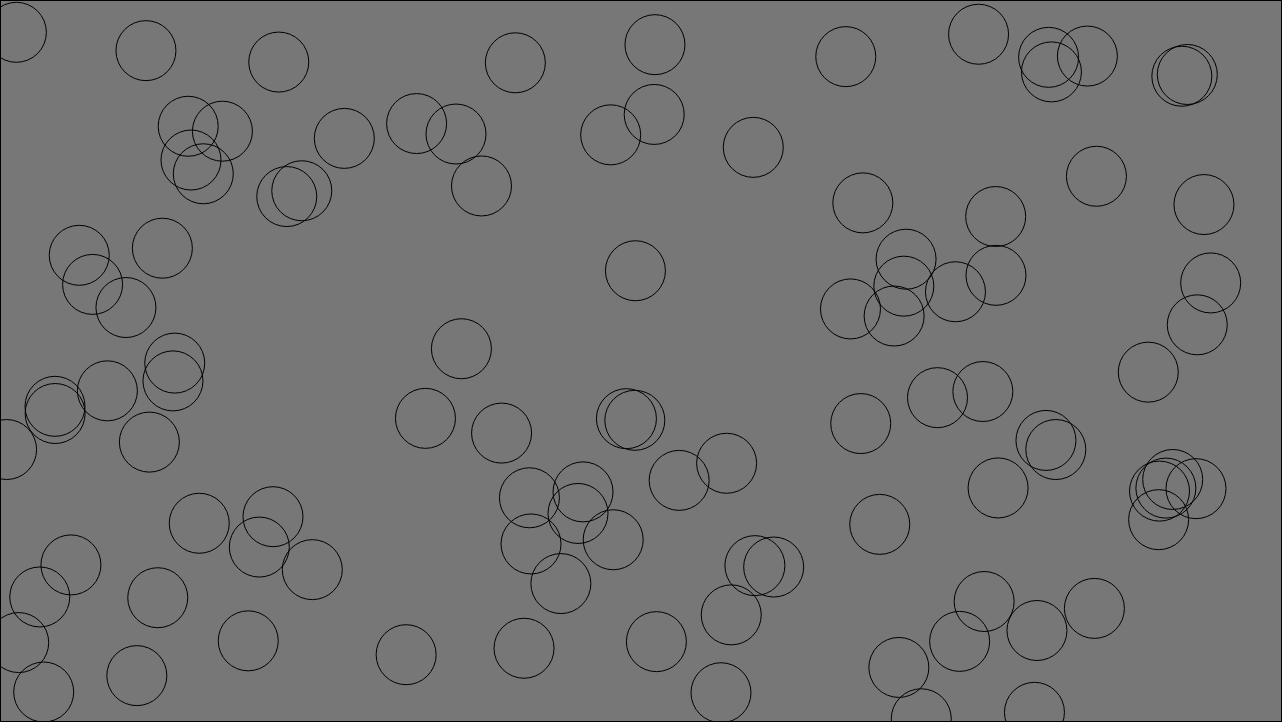
Repository: tenlekdan/particle-effect
Page: inidex.html
An editor plug-in stored every save of this project. The page is shown before and after the next save, followed by the edit.
The browser window is 1280 px wide. The page is 1282 px wide, so the pictures cover 1282 px, including what lies to the right of the window. The pictures show the whole page.

Above is the page before, as saved 2019-12-26 17:21:25.

### inidex.html
<!DOCTYPE html>
<html lang="en">

<head>
    <meta charset="UTF-8">
    <meta name="viewport" content="width=device-width, initial-scale=1.0">
    <meta http-equiv="X-UA-Compatible" content="ie=edge">
    <title>Document</title>
    <style type="text/css">
        *{
            margin: 0;
            padding: 0;
            box-sizing: inherit;
        }
        html{
            font-size: 60.2%;
        }

        body{
            font-size: 1rem;
            font-family: 'Courier New', Courier, monospace;
            box-sizing: border-box;
        }
        canvas {
            border: solid 1px;
            background-color: #777;
        }
    </style>
</head>

<body>
    <canvas></canvas>

    <script src="canvas.js"></script>

</body>

</html>

### canvas.js


(function () {
    var canvas = document.querySelector('canvas');

    canvas.width = window.innerWidth;
    canvas.height = window.innerHeight;

    var c = canvas.getContext('2d');
    // c.fillRect(x, y, width, height);
    // c.fillRect(100, 100, 50, 50);

    // // lines
    // c.beginPath();
    // c.moveTo(10, 170);
    // c.lineTo(100, 300);
    // c.stroke();



    function Circle(x, y, dx, dy, radius) {
        this.x = x;
        this.y = y;
        this.dx = dx;
        this.dy = dy;
        this.radius = radius;

        this.draw = function () {
            //draw circle
            c.beginPath();
            c.arc(this.x, this.y, this.radius, 0, Math.PI * 2, false);
            c.stroke();
        }

        this.update = function () {
            if (this.x + this.radius > innerWidth || this.x - this.radius <= 0) {
                this.dx = -this.dx;
            }
            if (this.y + this.radius > innerHeight || this.y - this.radius <= 0) {
                this.dy = -this.dy;
            }

            this.x += this.dx;
            this.y += this.dy;
            this.draw();
        }
    }


    let circleList = [];

    for (let i = 0; i < 100; i++) {
        let radius = 30;
        let x = Math.random() * (innerWidth - radius*2);
        let y = Math.random() * innerHeight;
        let dx = (Math.random() - .5) * 8;
        let dy = (Math.random() - .5) * 8;

        circleList.push(new Circle(x, y, dx, dy, radius));
    }

    var circle = new Circle(300, 300, 5, 5, 30);

    var animate = () => {
        requestAnimationFrame(animate);
        c.clearRect(0, 0, innerWidth, innerHeight);
        for (let i = 0; i < circleList.length; i++) {
            circleList[i].update();
        }
    }

    animate();
})();

After the next save:
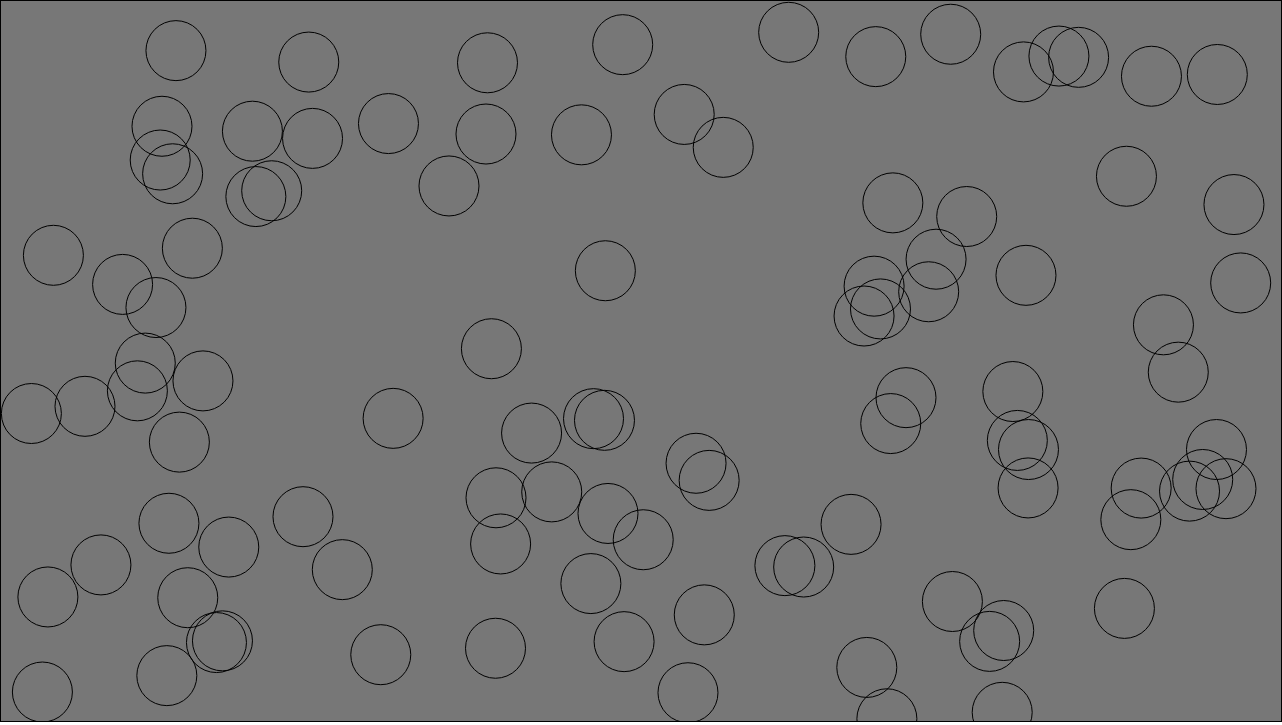
Saved 38 s later.
--- a/canvas.js
+++ b/canvas.js
@@ -51,7 +51,7 @@
 
     for (let i = 0; i < 100; i++) {
         let radius = 30;
-        let x = Math.random() * (innerWidth - radius*2);
+        let x = Math.random() * (innerWidth - radius*2) + radius;
         let y = Math.random() * innerHeight;
         let dx = (Math.random() - .5) * 8;
         let dy = (Math.random() - .5) * 8;
